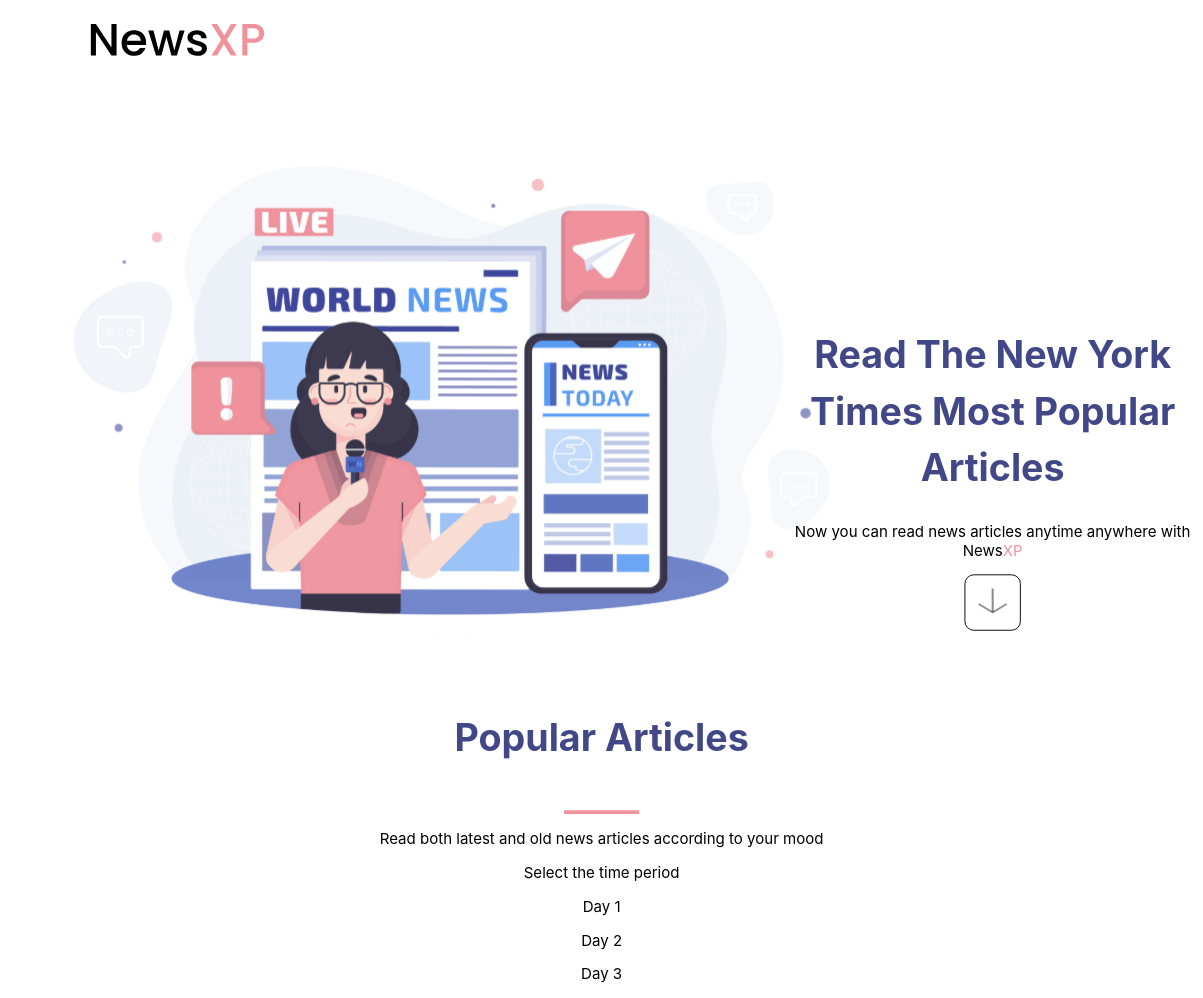
Repository: vishalsinghhh/NewsXP
Page: /
An editor plug-in stored every save of this project. The page is shown before and after the next save, followed by the edit.
The browser window is 1280 px wide. The pictures show the whole page, at 94% of full size.
The project was rebuilt for these pictures with package versions that can differ from the ones it lists, and the page was loaded fresh each time. Imported but missing from the stored project, and not drawn on this page: src/pages/Error.

Above is the page before, as saved 2021-08-20 11:16:18.

### src/App.js
import React from "react";
import { BrowserRouter as Router, Route, Switch } from "react-router-dom";
// import pages
import Home from "./pages/Home";
import Error from "./pages/Error";
// import components
import Navbar from "./components/Navbar"
import Footer from "./components/Footer"

function App() {
  return (
    <div>
      <Router>
        <Navbar />
        <Switch>
          <Route exact path="/">
            <Home />
          </Route>
          <Route path="*">
            <Error />
          </Route>
        </Switch>
        <Footer/>
      </Router>
    </div>
  );
}

export default App;

### src/pages/Home.jsx
import React from 'react'
import hero from '../images/hero.svg'
import arrow from '../images/arror.svg'
import './pages.css'

const Home = () => {
    return (
      <main>
        <div className="hero">
          <div className="hero-center">
            <div className="hero-info">
              <h1>Read The New York Times Most Popular Articles</h1>
              <p>
                Now you can read news articles anytime anywhere with News
                <span className="xp">XP</span>
              </p>
              <button className="btn">
                <img src={arrow} alt="arrow" className="arrow" />
              </button>
            </div>
            <div className="hero-images">
              <img src={hero} alt="hero" className="hero-img" />
            </div>
          </div>
        </div>
        <div className="news">
          <div className="news-center">
            <div className="news-info">
              <h1 className="news-title">Popular Articles</h1>
              <div className="underline"></div>
              <p>
                Read both latest and old news articles according to your mood
              </p>
              <p>Select the time period</p>
              <div className="days">
                <div className="day1"><p>Day 1</p></div>
                <div className="day2"><p>Day 2</p></div>
                <div className="day3"><p>Day 3</p></div>
              </div>
              <div className="news-cards">
              </div>
            </div>
          </div>
        </div>
      </main>
    );
}

export default Home

### src/components/Navbar.js
import React from 'react'
import { Link } from "react-router-dom";
import logo from '../images/logo.svg';
import './Components.css';

const Navbar = () => {
    return (
        <nav className="nav">
            <div className="nav-center">
                <Link to='/'>
                    <img src={logo} alt="logo" className="logo" />
                </Link>
            </div>
        </nav>
    )
}

export default Navbar

### src/components/Footer.js
import React from 'react'

const Footer = () => {
    return (
        <div>
            {/* <h1>Footer</h1> */}
        </div>
    )
}

export default Footer

### src/pages/pages.css
.btn {
  /* Rectangle 1 */

  /* position: absolute; */
  width: 60px;
  height: 60px;
  left: 1113px;
  top: 512px;

  background: #ffffff;
  border: 1px solid #000000;
  box-sizing: border-box;
  border-radius: 10px;
}

.hero::before {
  content: "";
  position: absolute;
  width: 100%;
  height: 65%;
  top: 0;
  left: 0;
}
.hero {
  position: relative;
  min-height: 100vh;
  margin-top: -5rem;
  margin-left: 2rem;
  display: grid;
  grid-template-columns: 1fr;
  /* justify-items: center; */
}
.hero-center {
  width: 90vw;
  max-width: var(--max-width);
  display: grid;
  align-items: center;
}
.hero-img {
  /* position: relative; */
  z-index: -1;
  margin-top: 10%;
}
.hero-info {
  position: absolute;
  text-transform: none;
  margin-left: 50rem;
  margin-top: 16rem;
  text-align: center;
}
.hero-info h1 {

  max-width: 1500px;
  font-size: 2.5rem;
  letter-spacing: 3%;
  line-height: 150%;
  color: #424787;
}
.xp{
    color: #EF929C;
}
.btn{
    cursor: pointer;
}
.btn:hover{
    background: #EF929C;
    transition: all 0.7s ease;
}
.arrow{
    animation: bounce 2s infinite;
}
@keyframes bounce {
  0%, 20%, 50%, 80%, 100% {
    transform: translateY(0);
  }
  40% {
    transform: translateY(-25px);
  }
  60% {
    transform: translateY(-10px);
  }
}


/* *******Popular Articles*********  */
/* .news{
  position: absolute;
  justify-content: center;
  align-items: center;
} */
.news{
  display: flex;
  justify-content: center;
  text-align: center;
}
.news-title{
  max-width: 1500px;
  font-size: 2.5rem;
  letter-spacing: 3%;
  line-height: 150%;
  color: #424787;
}
.underline {
  width: 5rem;
  height: 0.25rem;
  background: #EF929C;
  margin-top: 10%;
  margin-left: auto;
  margin-right: auto;
}

### src/components/Components.css
:root {

  --transition: all 0.3s linear;
  --spacing: 0.1rem;
  --radius: 0.25rem;
  --light-shadow: 0 5px 15px rgba(0, 0, 0, 0.1);
  --dark-shadow: 0 5px 15px rgba(0, 0, 0, 0.2);
  --max-width: 1170px;
  --fixed-width: 620px;
}
.nav {
  height: 5.5rem;
  display: flex;
  align-items: center;
  justify-content: center;
  background: transparent;
  position: relative;
  z-index: 1;
}
.nav-center {
  width: 85vw;
  /* max-width: var(--max-width); */
}

Loaded but not shown: public/index.html (common file); src/index.js (common file); src/index.css (common file)

After the next save:
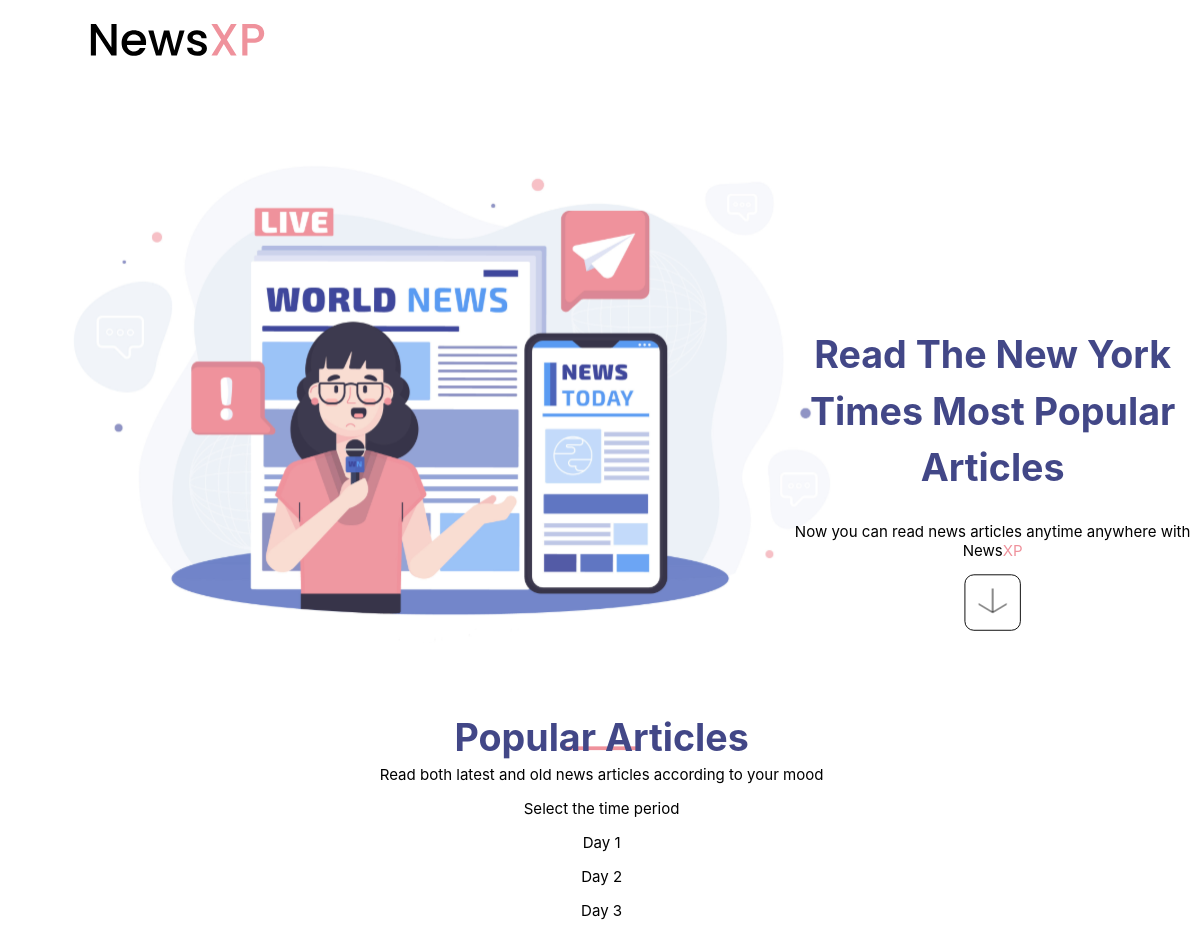
Saved 31 s later.
--- a/src/pages/pages.css
+++ b/src/pages/pages.css
@@ -104,7 +104,7 @@
   width: 5rem;
   height: 0.25rem;
   background: #EF929C;
-  margin-top: 10%;
+  margin-top: -10%;
   margin-left: auto;
   margin-right: auto;
 }
